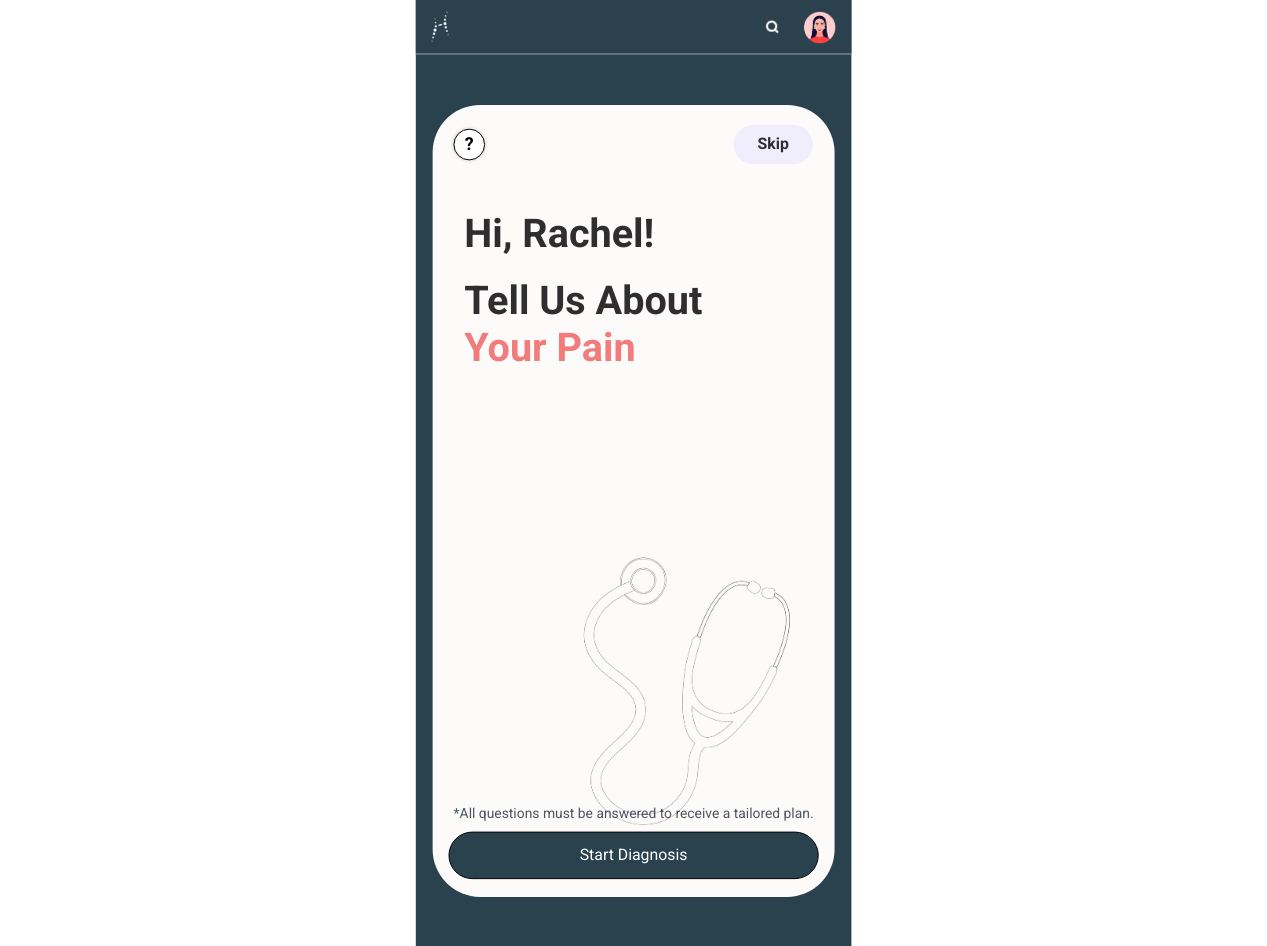
Repository: patcha-d3/heal_u
Page: /onboarding/step-one
An editor plug-in stored every save of this project. The page is shown before and after the next save, followed by the edit.
The browser window is 1280 px wide. The pictures show the whole page, at 99% of full size.
The project was rebuilt for these pictures with package versions that can differ from the ones it lists, and the page was loaded fresh each time. The framework's server and built-in components were replaced by stand-ins that run in the browser. Also part of the build but not shown: next.config.js, next.config.mjs, ui/Bottomnav/Bottomnav.module.css, ui/Bottomnav/Bottomnav.js.

Above is the page before, as saved 2025-05-16 16:57:03.

### app/layout.js
"use client";

import { Geist, Geist_Mono } from "next/font/google";
import { Roboto } from "next/font/google";
import "./globals.css";
import { usePathname } from "next/navigation";
import { jsx as _jsxDEV } from "react/jsx-dev-runtime";
import { Fragment as _Fragment } from "react/jsx-runtime";
import { jsxs as _jsxsDEV } from "react/jsx-dev-runtime";
import TopNav from "../ui/Topnav/Topnav";
import Bottomnav from "../ui/Bottomnav/Bottomnav";

const geistSans = Geist({
	variable: "--font-geist-sans",
	subsets: ["latin"],
});

const geistMono = Geist_Mono({
	variable: "--font-geist-mono",
	subsets: ["latin"],
});

const roboto = Roboto({
	weight: ["300", "400", "500", "700"],
	subsets: ["latin"],
	display: "swap",
});

export default function RootLayout({ children }) {
	const pathname = usePathname();
	const isHome = pathname === "/home";
	const hideNav = pathname.startsWith("/plandetail");
	const showBottomNav =
		!pathname?.includes("/onboarding") &&
		!pathname?.startsWith("/recovery-plan/step-one") &&
		!pathname?.startsWith("/recovery-plan/step-two") &&
		!pathname?.startsWith("/recovery-plan/step-three");
	const isStepOne = pathname?.includes("/onboarding/step-one");
	const isStepTwo = pathname?.includes("/onboarding/step-two");
	const isRecoveryStepOne = pathname?.includes("/recovery-plan/step-one");
	const isRecoveryStepTwo = pathname?.includes("/recovery-plan/step-two");
	const isStepThree = pathname?.includes("/onboarding/step-three");
	const isStepFour = pathname?.includes("/onboarding/step-four");

	return (
		<html lang='en'>
			<body
				className={`${geistSans.variable} ${geistMono.variable} ${roboto.className} antialiased`}
				suppressHydrationWarning
			>
				<div className='min-h-screen w-full flex items-center justify-center'>
					<div
						className={`w-[440px] h-[956px] relative flex flex-col ${
							isStepOne || isHome
								? "bg-[#29424D]"
								: isStepTwo ||
								  isStepThree ||
								  isStepFour ||
								  isRecoveryStepOne ||
								  isRecoveryStepTwo
								? "bg-white"
								: ""
						}`}
					>
						{!hideNav && (
							<TopNav
								isHome={isHome}
							/>
						)}
						<main className='flex-1 overflow-y-auto flex items-center justify-center'>
							{children}
						</main>
						{showBottomNav && (
							<div className='absolute bottom-0 left-0 right-0'>
								<Bottomnav />
							</div>
						)}
					</div>
				</div>
			</body>
		</html>
	);
}

### app/onboarding/step-one/page.js
"use client";

import React from "react";
import Button from "@ui/Button/Button";
import SmallButton from "@ui/Tooltip/Tooltip";
import Skipchip from "@ui/Skipchip/Skipchip";
import { useRouter } from "next/navigation";
import Image from "next/image";

export default function StepOnePage() {
	const router = useRouter();

	return (
		<div className='w-[406px] h-[800px] bg-[#FDFBF9] rounded-[48px] px-4 py-[18px] relative'>
			<div className='absolute top-6 left-[21px]'>
				<SmallButton tooltip='Need help?' />
			</div>
			<div className='absolute top-5 right-[22px]'>
				<Skipchip />
			</div>
			<main className='h-full flex flex-col'>
				<div className='flex-1'>
					<h1 className='font-roboto text-[40px] leading-[48px] mt-[88px] ml-4 font-bold text-[#2E2E30]'>
						Hi, Rachel!
						<div className='mt-5'>
							Tell Us About
							<br />
							<span className='text-[#F27B7B]'>
								Your Pain
							</span>
						</div>
					</h1>
				</div>

				<div className='flex flex-col items-center'>
					<p className='text-[14px] font-normal text-gray-600 mb-2 text-center'>
						*All questions must be answered
						to receive a tailored plan.
					</p>
					<div className='w-full'>
						<Button
							text='Start Diagnosis'
							onClick={() => {
								router.push(
									"/onboarding/step-two"
								);
							}}
							fullWidth={true}
							outlined={false}
						/>
					</div>
				</div>
			</main>
			<div className='absolute bottom-4 right-4 w-[336px] h-[382px]'>
				<Image
					src='/assets/sthetoscope 1.png'
					alt='Stethoscope'
					fill
					style={{ objectFit: "contain" }}
					priority
				/>
			</div>
		</div>
	);
}

### ui/Topnav/Topnav.js
"use client";

import React, { useState } from "react";
import styles from "./TopNav.module.css";

export default function TopNav() {
	const [showSearch, setShowSearch] = useState(false);
	const [hasNotification, setHasNotification] = useState(false);

	return (
		<header
			className={styles.topBar}
			style={{
				borderBottom:
					"1px solid rgba(255, 255, 255, 0.5)",
			}}
		>
			<a href='/' className={styles.logoContainer}>
				<img
					src='/assets/logo.png'
					alt='Logo'
					className={styles.logoImg}
				/>
			</a>

			<div className={styles.iconContainer}>
				<div className={styles.searchWrapper}>
					{showSearch && (
						<div
							className={
								styles.searchBox
							}
						>
							<input
								type='text'
								className={
									styles.searchInput
								}
								placeholder='Search...'
								autoFocus
							/>
						</div>
					)}
					<img
						src='/assets/search.png'
						alt='Search'
						className={`${styles.iconImg} ${
							showSearch
								? styles.dark
								: ""
						}`}
						onClick={() =>
							setShowSearch(
								!showSearch
							)
						}
					/>
				</div>

				<div className={styles.avatarContainer}>
					<img
						src={
							hasNotification
								? "/assets/avatar-notification.png"
								: "/assets/avatar.png"
						}
						alt='Avatar'
						className={styles.avatarImg}
					/>
				</div>
			</div>
		</header>
	);
}

### ui/Button/Button.js
import React from "react";
import styles from "./Button.module.css";

export default function Button({
	text,
	onClick,
	fullWidth = false,
	outlined = false,
	disabled = false,
	type = "button",
}) {
	const buttonClass = outlined
		? styles.outlinedButton
		: styles.filledButton;
	const widthClass = fullWidth ? styles.fullWidth : "";
	const disabledClass = disabled ? styles.disabled : "";

	return (
		<button
			type={type}
			onClick={onClick}
			disabled={disabled}
			className={`${buttonClass} ${widthClass} ${disabledClass}`}
		>
			<span className={styles.text}>{text}</span>
		</button>
	);
}

### ui/Tooltip/Tooltip.js
import styles from './Tooltip.module.css';

export default function SmallButton({ onClick, tooltip }) {
  return (
    <button className={styles.button} onClick={onClick} title={tooltip}>
      ?
    </button>
  );
}

### ui/Skipchip/Skipchip.js
import React from "react";
import styles from "./Skipchip.module.css";

const Skipchip = ({ onClick }) => {
	return (
		<button className={styles.skipchip} onClick={onClick}>
			<span className={styles.text}>Skip</span>
		</button>
	);
};

export default Skipchip;

### ui/Topnav/Topnav.module.css
.topBar {
	width: 440px;
	height: 55px;
	background-color: #2b414d;
	display: flex;
	align-items: center;
	justify-content: space-between;
	padding: 0 16px;
	margin: 0 auto;
	box-sizing: border-box;
	border-bottom: 1px solid #ffffff;
}

.logoImg {
	height: 30.56px;
	cursor: pointer;
}

.iconContainer {
	display: flex;
	align-items: center;
	gap: 16px;
}

.searchWrapper {
	display: flex;
	align-items: center;
	gap: 8px;
	position: relative;
}

.searchBox {
	background-color: white;
	width: 226px;
	height: 32px;
	border-radius: 24px;
	display: flex;
	align-items: center;
	padding: 0 5px;
	gap: 8px;
	transition: all 0.3s ease;
}

.searchInput {
	flex: 1;
	border: none;
	outline: none;
	font-size: 16px;
	background-color: transparent;
}

.iconImg {
	width: 32px;
	height: 32px;
	cursor: pointer;
	filter: brightness(200);
	transition: filter 0.3s ease;
}

.iconImg.dark {
	filter: brightness(0);
}

.avatarContainer {
	width: 32px;
	height: 34px;
	border-radius: 50%;
	overflow: hidden;
}

.avatarImg {
	width: 100%;
	height: 100%;
	object-fit: cover;
}

### ui/Button/Button.module.css
.filledButton {
	position: relative;
	display: flex;
	align-items: center;
	justify-content: center;
	height: 48px;
	min-width: 200px;
	border-radius: 24px;
	padding: 0 12px;
	font-family: "Roboto", sans-serif;
	font-size: 16px;
	line-height: 24px;
	transition: all 0.3s ease;
	cursor: pointer;
	background-color: #29424d;
	border: 1px solid black;
	color: white;
	z-index: 1;
	pointer-events: auto;
}

.filledButton:hover {
	background-color: #cdf06b;
	color: black;
	transform: translateY(-1px);
	box-shadow: 0 2px 4px rgba(0, 0, 0, 0.1);
}

.outlinedButton {
	position: relative;
	display: flex;
	align-items: center;
	justify-content: center;
	height: 48px;
	min-width: 200px;
	border-radius: 24px;
	padding: 0 12px;
	font-family: "Roboto", sans-serif;
	font-size: 16px;
	line-height: 24px;
	transition: all 0.3s ease;
	cursor: pointer;
	background-color: transparent;
	border: 1px solid #2e2e30;
	color: #2e2e30;
	z-index: 1;
	pointer-events: auto;
}

.outlinedButton:hover {
	background-color: #cdf06b;
	color: #29424d;
	transform: translateY(-1px);
	box-shadow: 0 2px 4px rgba(0, 0, 0, 0.1);
}

.fullWidth {
	width: 100%;
}

.text {
	flex: 1;
	text-align: center;
	pointer-events: none;
}

.icon {
	position: absolute;
	right: 12px;
	display: flex;
	align-items: center;
	pointer-events: none;
}

.disabled {
	opacity: 0.5;
	cursor: not-allowed;
	pointer-events: none;
}

### ui/Tooltip/Tooltip.module.css
.button {
    background-color: white;
    color: black;
    border: 1px solid black;
    border-radius: 50%;
    width: 32px;
    height: 32px;
    font-size: 18px;
    font-weight: bold;
    text-align: center;
    cursor: pointer;
    box-shadow: 0 0 4px rgba(0,0,0,0.2);
    transition: all 0.2s ease-in-out;
    line-height: 28px;
    padding: 0;
  }

  .button:hover {
    background-color: #f0f0f0;
    border-color: black;
  }

### ui/Skipchip/Skipchip.module.css
.skipchip {
	width: 80px;
	height: 40px;
	border-radius: 24px;
	background-color: #f0edfc;
	display: flex;
	align-items: center;
	justify-content: center;
	cursor: pointer;
	transition: all 0.2s ease;
	border: none;
	outline: none;
}

.skipchip:hover {
	background-color: #e5e0f9;
}

.text {
	font-family: "Roboto", sans-serif;
	font-weight: 700;
	font-size: 16px;
	color: #2e2e30;
	pointer-events: none;
}

Loaded but not shown: app/globals.css (common file)

After the next save:
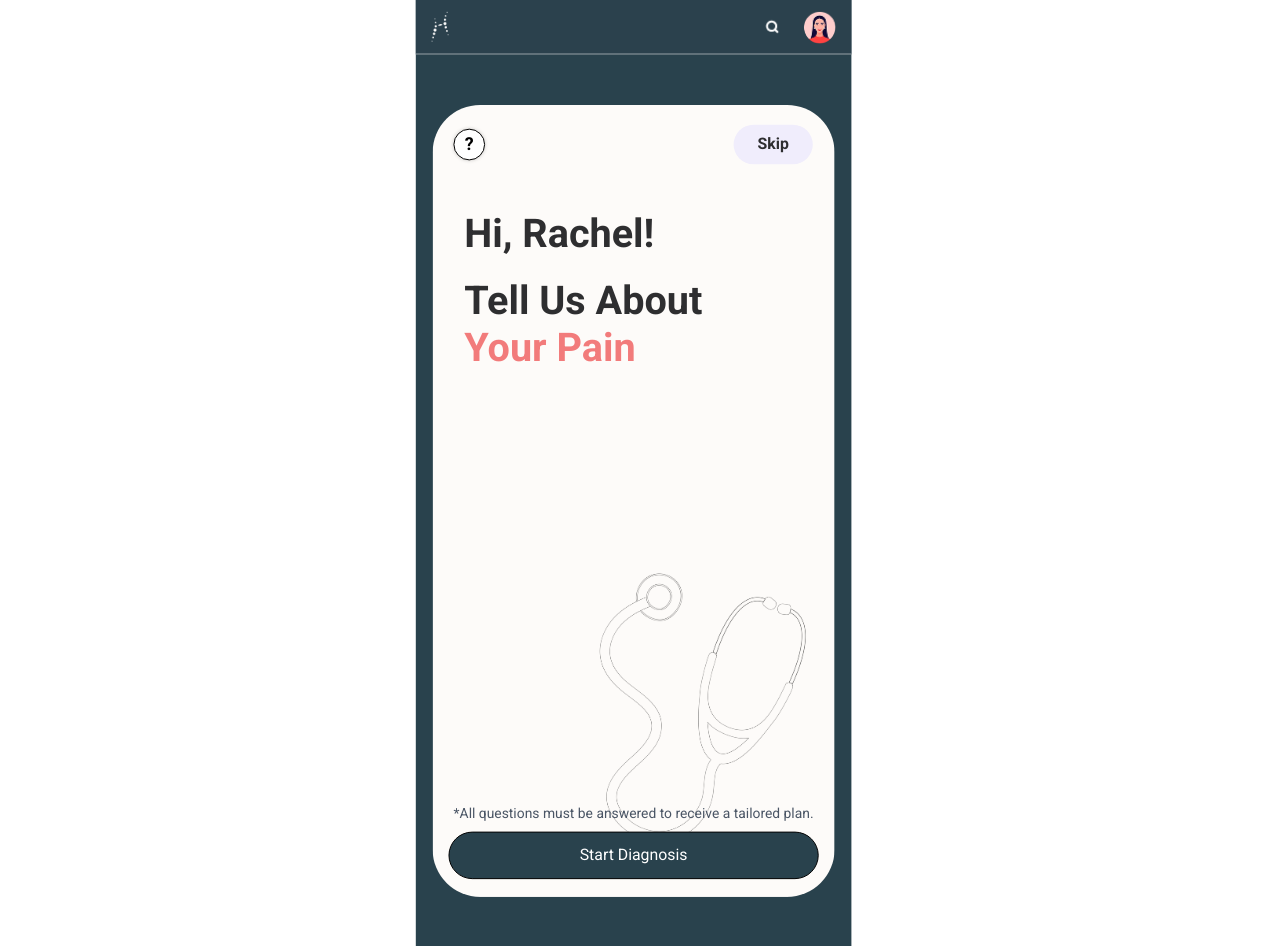
Saved 68 s later.
--- a/app/onboarding/step-one/page.js
+++ b/app/onboarding/step-one/page.js
@@ -5,13 +5,21 @@ import Button from "@ui/Button/Button";
 import SmallButton from "@ui/Tooltip/Tooltip";
 import Skipchip from "@ui/Skipchip/Skipchip";
 import { useRouter } from "next/navigation";
-import Image from "next/image";
 
 export default function StepOnePage() {
 	const router = useRouter();
 
 	return (
-		<div className='w-[406px] h-[800px] bg-[#FDFBF9] rounded-[48px] px-4 py-[18px] relative'>
+		<div
+			className='w-[406px] h-[800px] bg-[#FDFBF9] rounded-[48px] px-4 py-[18px] relative'
+			style={{
+				backgroundImage:
+					'url("/assets/sthetoscope 1.png")',
+				backgroundRepeat: "no-repeat",
+				backgroundPosition: "right bottom",
+				backgroundSize: "336px 382px",
+			}}
+		>
 			<div className='absolute top-6 left-[21px]'>
 				<SmallButton tooltip='Need help?' />
 			</div>
@@ -51,15 +59,6 @@ export default function StepOnePage() {
 					</div>
 				</div>
 			</main>
-			<div className='absolute bottom-4 right-4 w-[336px] h-[382px]'>
-				<Image
-					src='/assets/sthetoscope 1.png'
-					alt='Stethoscope'
-					fill
-					style={{ objectFit: "contain" }}
-					priority
-				/>
-			</div>
 		</div>
 	);
 }
